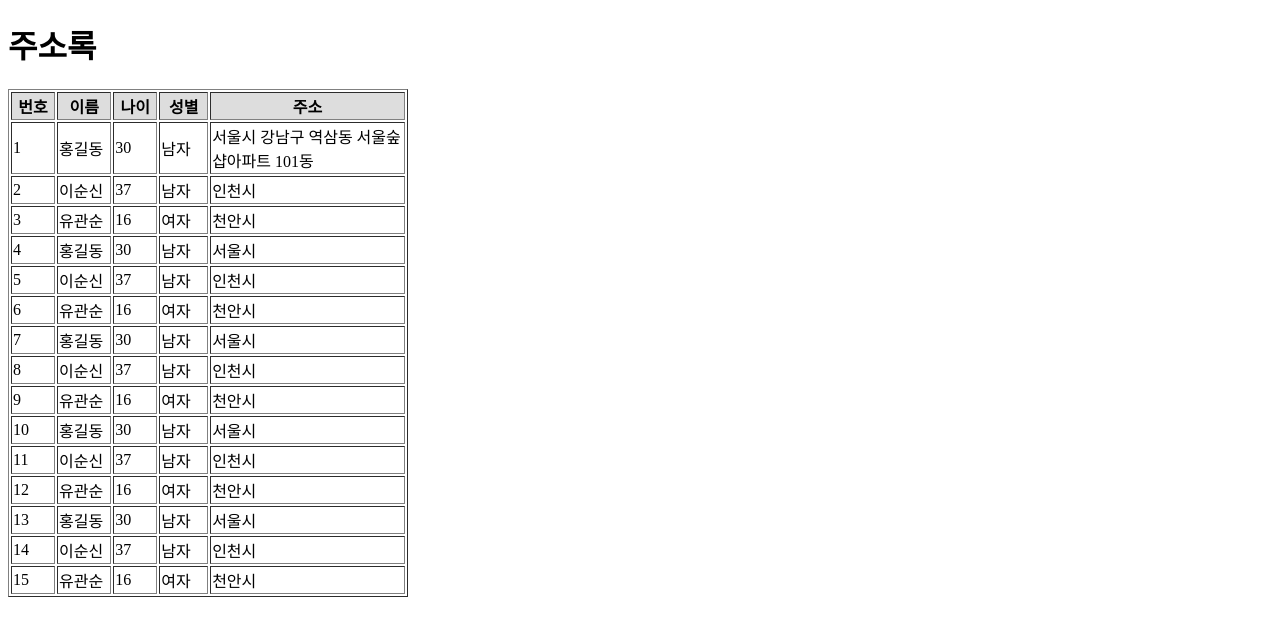
Repository: heoSuKyeong/client_Ssanyong
Page: ClientTest/src/main/webapp/html/ex16_table.html
An editor plug-in stored every save of this project. The page is shown before and after the next save, followed by the edit.
The browser window is 1280 px wide. The pictures show the whole page.

Above is the page before, as saved 2023-09-21 01:23:45.

After the next save:
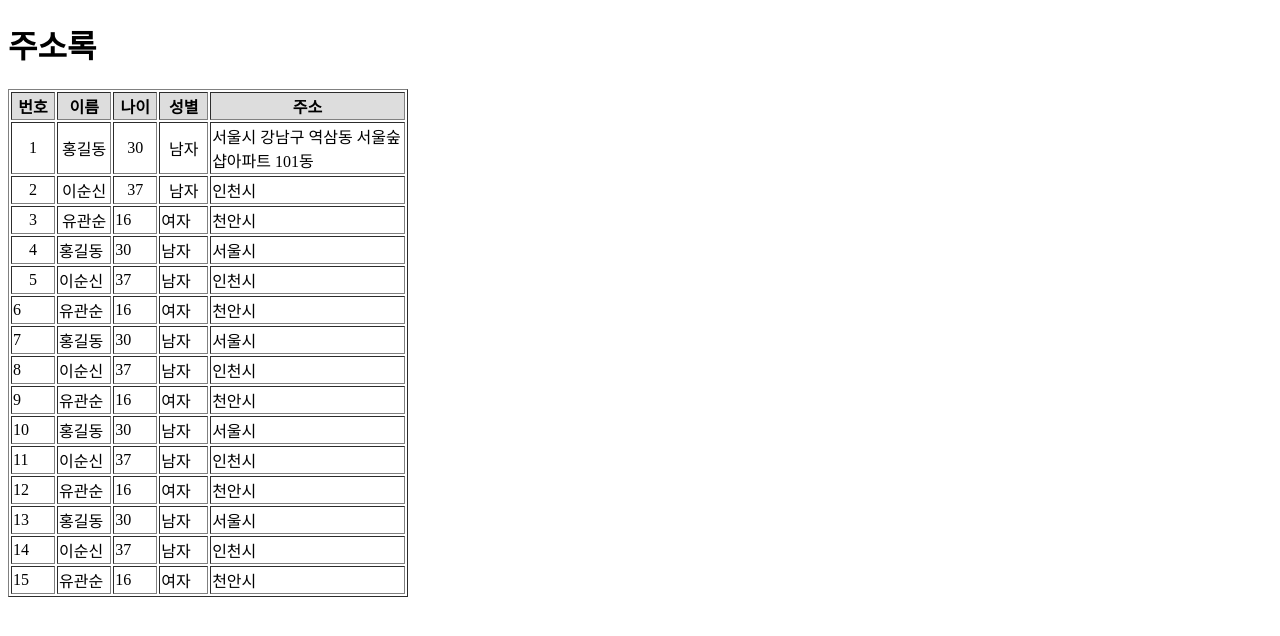
Saved 7 s later.
--- a/ClientTest/src/main/webapp/html/ex16_table.html
+++ b/ClientTest/src/main/webapp/html/ex16_table.html
@@ -28,37 +28,50 @@
 		</tr>
 
 		<!-- 테이블 본문(데이터) -->
-		<!-- 기본적으로 너비 오토 설정이 되어 있어 자동 계산된다.  -->
+		<!-- 기본적으로 너비 오토 설정이 되어 있어 자동 계산된다.
+
+		테이블 본문의 너비에 따른 정렬
+		1. 고정폭
+		- 번호, 이름, 나이, 성별
+		- 왼쪽 혹은 가운데
+		2. 가변폭
+		- 왼쪽
+		3. 숫자
+		- 오른쪽(자릿수)
+
+
+
+		-->
 		<tr>
-			<td>1</td>
-			<td>홍길동</td>
-			<td>30</td>
-			<td>남자</td>
+			<td align="center">1</td>
+			<td align="center">홍길동</td>
+			<td align="center">30</td>
+			<td align="center">남자</td>
 			<td>서울시 강남구 역삼동 서울숲샵아파트 101동</td>
 		</tr>
 		<tr>
-			<td>2</td>
-			<td>이순신</td>
-			<td>37</td>
-			<td>남자</td>
+			<td align="center">2</td>
+			<td align="center">이순신</td>
+			<td align="center">37</td>
+			<td align="center">남자</td>
 			<td>인천시</td>
 		</tr>
 		<tr>
-			<td>3</td>
-			<td>유관순</td>
+			<td align="center">3</td>
+			<td align="center">유관순</td>
 			<td>16</td>
 			<td>여자</td>
 			<td>천안시</td>
 		</tr>
 		<tr>
-			<td>4</td>
+			<td align="center">4</td>
 			<td>홍길동</td>
 			<td>30</td>
 			<td>남자</td>
 			<td>서울시</td>
 		</tr>
 		<tr>
-			<td>5</td>
+			<td align="center">5</td>
 			<td>이순신</td>
 			<td>37</td>
 			<td>남자</td>
